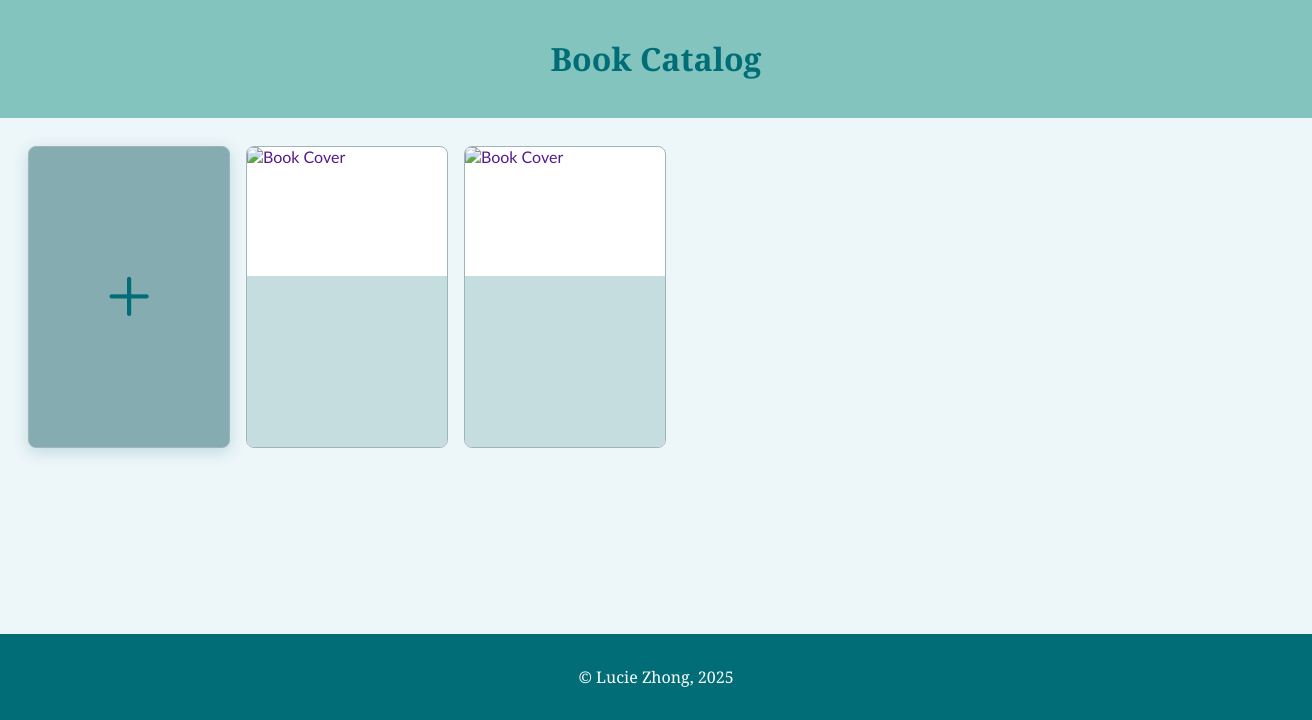
Repository: luwuciez/webdev2-book-catalog-v1
Page: /
The author's editor kept a copy of each file at every save. The page is drawn from the files as they stood at one save, then again after the next save.
The browser window is 1280 px wide. The page is 1312 px wide, so the pictures cover 1312 px, including what lies to the right of the window. The pictures show the whole page.
The pointer rests on the first visible `.newBook`.
The page's requests for data from a server got no answer. The project was rebuilt for these pictures with package versions that can differ from the ones it lists, and the page was loaded fresh each time. No one was signed in, and anything a server would have sent is missing. Also part of the build but not shown: vite.config.js.

Above is the page before, as saved 2025-09-13 23:40:58.

After the next save:
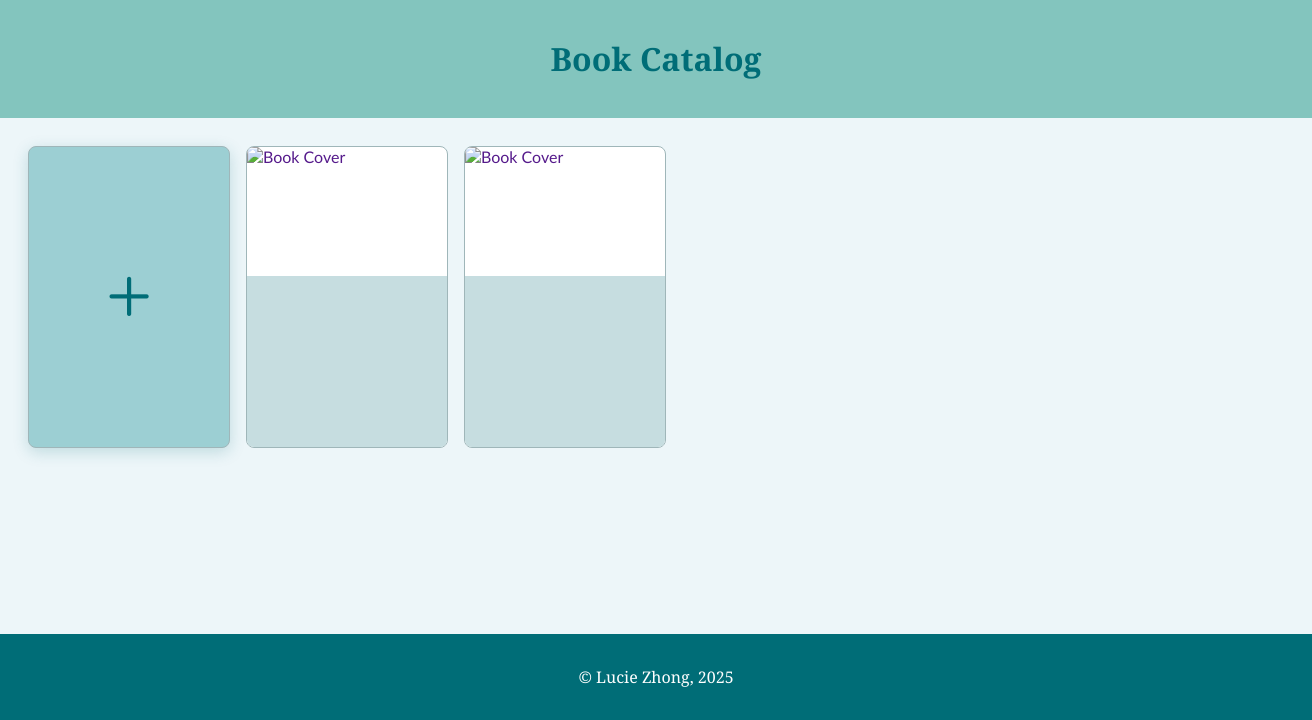
Saved 9 s later.
--- a/src/App.css
+++ b/src/App.css
@@ -46,6 +46,6 @@
 
 .newBook:hover {
     box-shadow: 0 4px 16px rgba(0, 109, 119, 0.2);
-    background-color: #85adb1;
+    background-color: #9ccfd3;
     color: #006d77;
 }

After the save that followed:
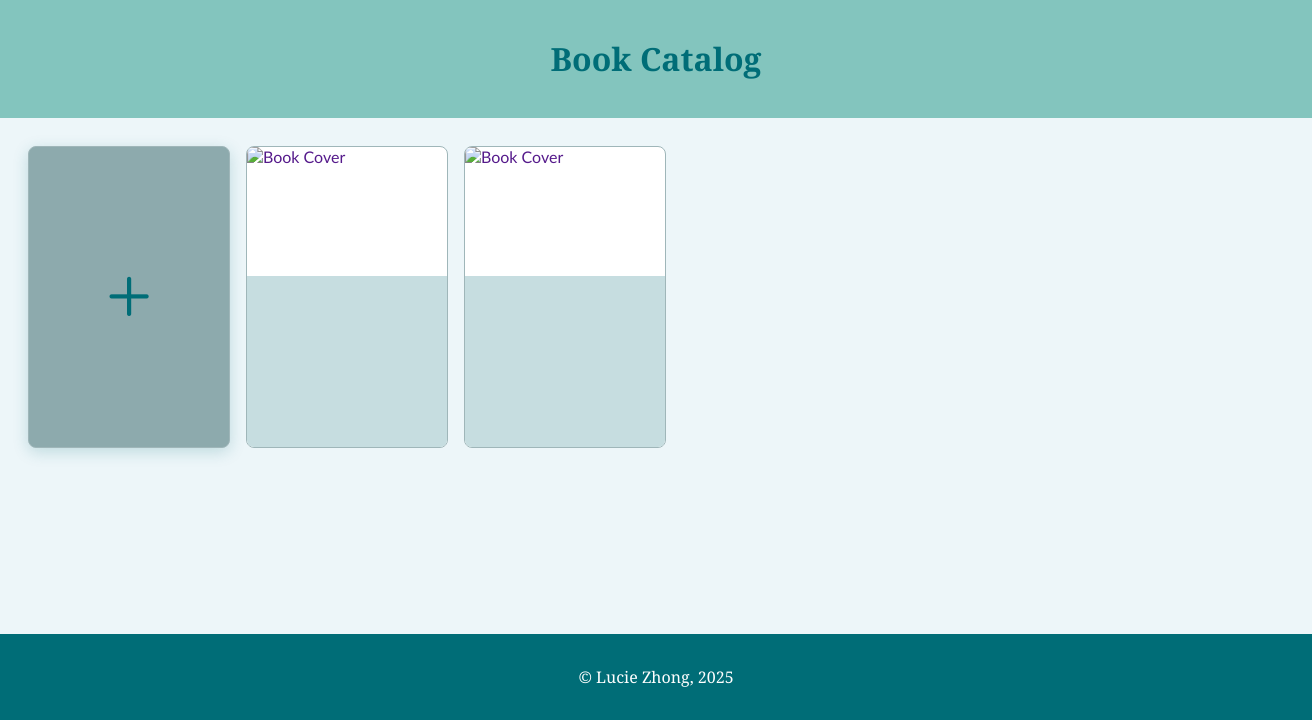
Saved 16 s later.
--- a/src/App.css
+++ b/src/App.css
@@ -46,6 +46,6 @@
 
 .newBook:hover {
     box-shadow: 0 4px 16px rgba(0, 109, 119, 0.2);
-    background-color: #9ccfd3;
+    background-color: #8daaad;
     color: #006d77;
 }
